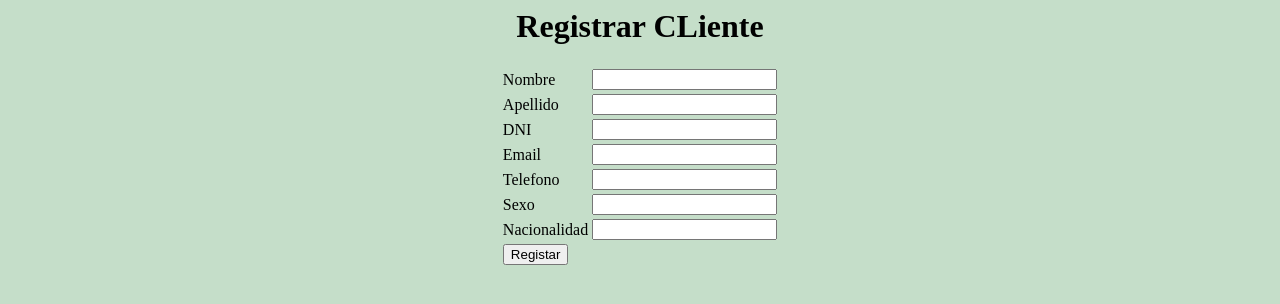
Repository: DaviOsx/LPII_CL2_CHERO_DAVIS
Page: http://localhost/LPII_CL2_CHERO_DAVIS/RegistrarCliente.jsp
These files come from the project's save history. The page is drawn as it stood at one moment and after the next save; the edit follows.
The browser window is 1280 px wide. The pictures show the whole page.
The page is served by Tomcat 9.

Above is the page before, as saved 2024-06-13 11:49:33.

After the next save:
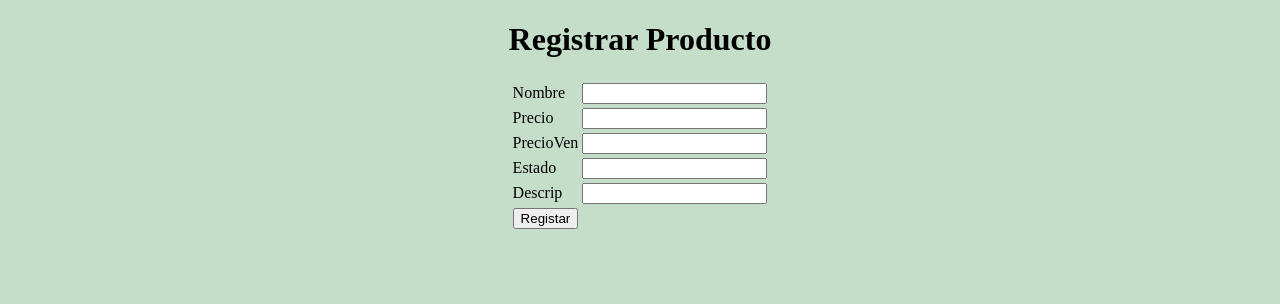
Saved 11 s later.
--- a/LPII_CL2_CHERO_DAVIS/src/main/webapp/RegistrarCliente.jsp
+++ b/LPII_CL2_CHERO_DAVIS/src/main/webapp/RegistrarCliente.jsp
@@ -1,15 +1,15 @@
 <%@ page language="java" contentType="text/html; charset=ISO-8859-1"
     pageEncoding="ISO-8859-1"%>
-<!DOCTYPE html PUBLIC >
+<!DOCTYPE html PUBLIC "-//W3C//DTD HTML 4.01 Transitional//EN" "http://www.w3.org/TR/html4/loose.dtd">
 <html>
 <head>
 <meta http-equiv="Content-Type" content="text/html; charset=ISO-8859-1">
-<title>Registrar Cliente</title>
+<title>Registrar Producto</title>
 </head>
 <body bgcolor="#c5dec9" >
 
 <h1  align="center" >
-Registrar CLiente
+Registrar Producto
 </h1>
 
 <%-- CREAR FORMULARIO --%>
@@ -23,33 +23,23 @@ Registrar CLiente
 </tr>
 
 <tr>
-<td> Apellido</td>
-<td> <input  type="text" name="apellido"> </td>
+<td> Precio</td>
+<td> <input  type="text" name="precio"> </td>
 </tr>
 
 <tr>
-<td> DNI</td>
-<td> <input  type="text" name="dni"> </td>
+<td> PrecioVen</td>
+<td> <input  type="text" name="precioven"> </td>
 </tr>
 
 <tr>
-<td> Email</td>
-<td> <input  type="text" name="email"> </td>
+<td> Estado</td>
+<td> <input  type="text" name="estado"> </td>
 </tr>
 
 <tr>
-<td> Telefono</td>
-<td> <input  type="text" name="telfono"> </td>
-</tr>
-
-<tr>
-<td> Sexo</td>
-<td> <input  type="text" name="sexo"> </td>
-</tr>
-
-<tr>
-<td> Nacionalidad</td>
-<td> <input  type="text" name="nacionalidad"> </td>
+<td> Descrip</td>
+<td> <input  type="text" name="descrip"> </td>
 </tr>
 
 <%-- AGREGAR BOTON DE REGISTAR --%>
